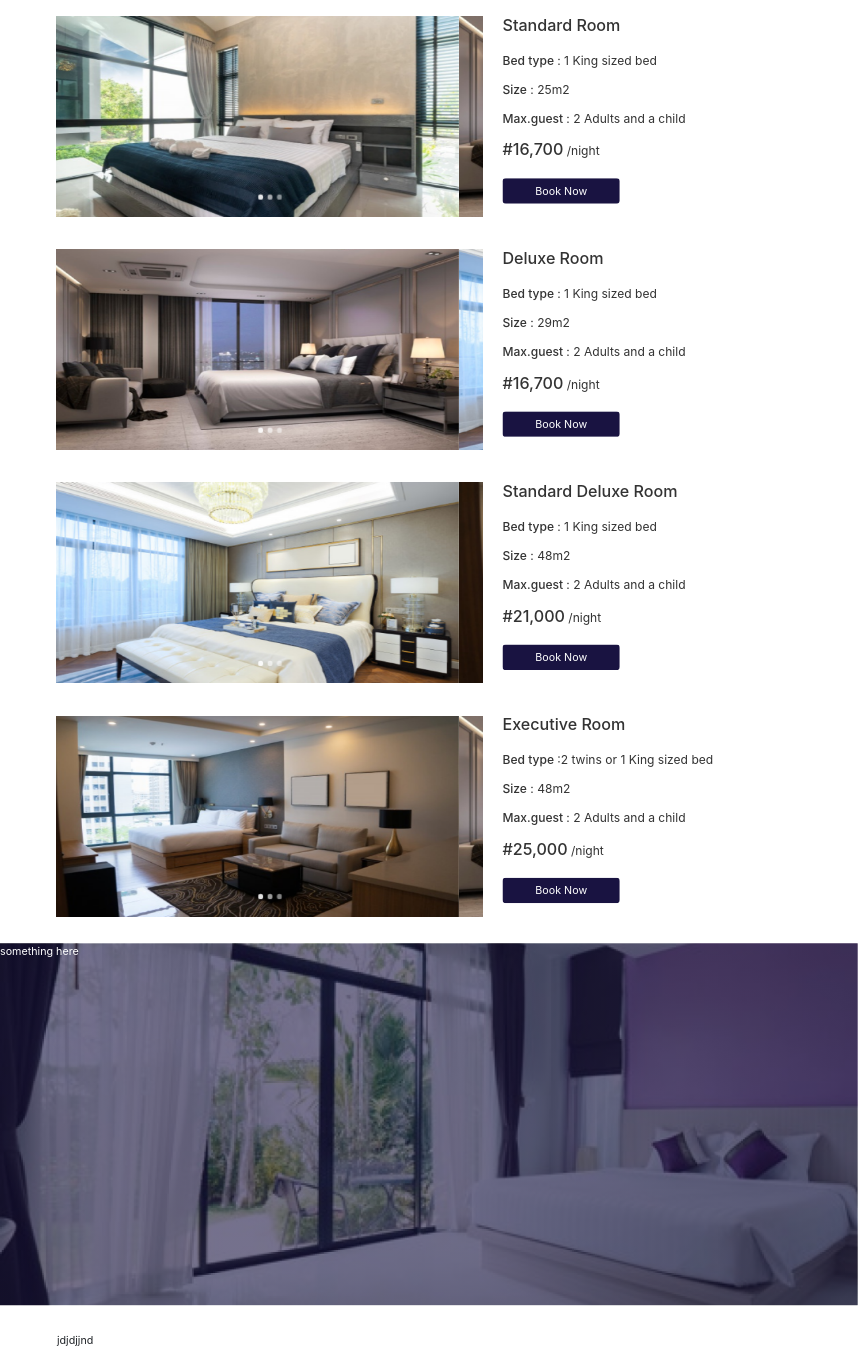
Repository: Syfon01/hotel-website
Page: room.html
The author's editor kept a copy of each file at every save. The page is drawn from the files as they stood at one save, then again after the next save.
The browser window is 1280 px wide. The pictures show the whole page, at 67% of full size.

Above is the page before, as saved 2020-06-08 19:18:32.

### room.html
<!doctype html>
<html lang="en">
  <head>
    <title>Title</title>
    <!-- Required meta tags -->
    <meta charset="utf-8">
    <meta name="viewport" content="width=device-width, initial-scale=1, shrink-to-fit=no">

    <!-- Bootstrap CSS -->
    <link rel="stylesheet" href="https://stackpath.bootstrapcdn.com/bootstrap/4.3.1/css/bootstrap.min.css" integrity="sha384-ggOyR0iXCbMQv3Xipma34MD+dH/1fQ784/j6cY/iJTQUOhcWr7x9JvoRxT2MZw1T" crossorigin="anonymous">
    <link rel="stylesheet" href="room.css">
  </head>
  <body>
    <!-- carousel section -->
    <section id="carousel-section">
      <div class="container">
        <div class="row py-4">
          <div class="col-md-7 col-lg-7 col-12 col-sm-12">
            <div id="carouselExampleIndicators" class="carousel slide" data-ride="carousel">
              <ol class="carousel-indicators">
                <li data-target="#carouselExampleIndicators" data-slide-to="0" class="active"></li>
                <li data-target="#carouselExampleIndicators" data-slide-to="1"></li>
                <li data-target="#carouselExampleIndicators" data-slide-to="2"></li>
              </ol>
              <div class="carousel-inner">
                <div class="carousel-item active">
                  <img src="./img/hotel1.png" class="d-block w-100 img-carousel img-fluid" alt="...">
                </div>
                <div class="carousel-item">
                  <img src="./img/hotel2.png" class="d-block w-100 img-carousel img-fluid" alt="...">
                </div>
                <div class="carousel-item">
                  <img src="./img/hotel3.png" class="d-block w-100 img-carousel img-fluid" alt="...">
                </div>
              </div>

            </div>
          </div>
          <div class="col-md-5 col-lg-5 col-12 col-sm-12">
            <h4 class="text-purple mb-4">Standard Room</h4>
            <p class="text-purple"><span class="p-font-weight">Bed type </span>: 1 King sized bed</p>
            <p class="text-purple"><span class="p-font-weight">Size</span> : 25m2</p>
            <p class="text-purple"><span class="p-font-weight">Max.guest </span>: 2 Adults and a child</p>
            <p class="text-purple mb-4"><span class="p-font-weight p-20">#16,700</span> /night</p>
            <button class="btn btn-purple px-5">Book Now</button>
          </div>
        </div>

        <div class="row py-4">
          <div class="col-md-7 col-lg-7 col-12 col-sm-12">
            <div id="carouselExampleIndicators" class="carousel slide" data-ride="carousel">
              <ol class="carousel-indicators">
                <li data-target="#carouselExampleIndicators" data-slide-to="0" class="active"></li>
                <li data-target="#carouselExampleIndicators" data-slide-to="1"></li>
                <li data-target="#carouselExampleIndicators" data-slide-to="2"></li>
              </ol>
              <div class="carousel-inner">
                <div class="carousel-item active">
                  <img src="./img/hotel2.png" class="d-block w-100 img-carousel img-fluid" alt="...">
                </div>
                <div class="carousel-item">
                  <img src="./img/hotel3.png" class="d-block w-100 img-carousel img-fluid" alt="...">
                </div>
                <div class="carousel-item">
                  <img src="./img/hotel4.png" class="d-block w-100 img-carousel img-fluid" alt="...">
                </div>
              </div>

            </div>
          </div>
          <div class="col-md-5 col-lg-5 col-12 col-sm-12">
            <h4 class="text-purple mb-4">Deluxe Room</h4>
            <p class="text-purple"><span class="p-font-weight">Bed type </span>: 1 King sized bed</p>
            <p class="text-purple"><span class="p-font-weight">Size</span> : 29m2</p>
            <p class="text-purple"><span class="p-font-weight">Max.guest </span>: 2 Adults and a child</p>
            <p class="text-purple mb-4"><span class="p-font-weight p-20">#16,700</span> /night</p>
            <button class="btn btn-purple px-5">Book Now</button>
          </div>
        </div>

        <div class="row py-4">
          <div class="col-md-7 col-lg-7 col-12 col-sm-12">
            <div id="carouselExampleIndicators" class="carousel slide" data-ride="carousel">
              <ol class="carousel-indicators">
                <li data-target="#carouselExampleIndicators" data-slide-to="0" class="active"></li>
                <li data-target="#carouselExampleIndicators" data-slide-to="1"></li>
                <li data-target="#carouselExampleIndicators" data-slide-to="2"></li>
              </ol>
              <div class="carousel-inner">
                <div class="carousel-item active">
                  <img src="./img/hotel3.png" class="d-block w-100 img-carousel h-50 img-fluid" alt="...">
                </div>
                <div class="carousel-item">
                  <img src="./img/hotel4.png" class="d-block w-100 img-carousel img-fluid" alt="...">
                </div>
                <div class="carousel-item">
                  <img src="./img/hotel1.png" class="d-block w-100 img-carousel img-fluid" alt="...">
                </div>
              </div>

            </div>
          </div>
          <div class="col-md-5 col-lg-5 col-12 col-sm-12">
            <h4 class="text-purple mb-4">Standard Deluxe Room</h4>
            <p class="text-purple"><span class="p-font-weight">Bed type </span>: 1 King sized bed</p>
            <p class="text-purple"><span class="p-font-weight">Size</span> : 48m2</p>
            <p class="text-purple"><span class="p-font-weight">Max.guest </span>: 2 Adults and a child</p>
            <p class="text-purple mb-4"><span class="p-font-weight p-20">#21,000</span> /night</p>
            <button class="btn btn-purple px-5">Book Now</button>
          </div>
        </div>

        <div class="row py-4">
          <div class="col-md-7 col-lg-7 col-12 col-sm-12">
            <div id="carouselExampleIndicators" class="carousel slide" data-ride="carousel">
              <ol class="carousel-indicators">
                <li data-target="#carouselExampleIndicators" data-slide-to="0" class="active"></li>
                <li data-target="#carouselExampleIndicators" data-slide-to="1"></li>
                <li data-target="#carouselExampleIndicators" data-slide-to="2"></li>
              </ol>
              <div class="carousel-inner">
                <div class="carousel-item active">
                  <img src="./img/hotel4.png" class="d-block w-100 img-carousel h-50 img-fluid" alt="...">
                </div>
                <div class="carousel-item">
                  <img src="./img/hotel2.png" class="d-block w-100 img-carousel img-fluid" alt="...">
                </div>
                <div class="carousel-item">
                  <img src="./img/hotel1.png" class="d-block w-100 img-carousel img-fluid" alt="...">
                </div>
              </div>

            </div>
          </div>
          <div class="col-md-5 col-lg-5 col-12 col-sm-12">
            <h4 class="text-purple mb-4">Executive Room</h4>
            <p class="text-purple"><span class="p-font-weight">Bed type </span>:2 twins or 1 King sized bed</p>
            <p class="text-purple"><span class="p-font-weight">Size</span> : 48m2</p>
            <p class="text-purple"><span class="p-font-weight">Max.guest </span>: 2 Adults and a child</p>
            <p class="text-purple mb-4"><span class="p-font-weight p-20">#25,000</span> /night</p>
            <button class="btn btn-purple px-5">Book Now</button>
          </div>
        </div>
      </div>
    </section>

    <!-- explore section  -->
    <div class="explore py-3">
      <div class='hero'>something here</div>
</div>

<div class="container my-4">
  jdjdjjnd
</div>

    <!-- Optional JavaScript -->
    <!-- jQuery first, then Popper.js, then Bootstrap JS -->
    <script src="https://code.jquery.com/jquery-3.3.1.slim.min.js" integrity="sha384-q8i/X+965DzO0rT7abK41JStQIAqVgRVzpbzo5smXKp4YfRvH+8abtTE1Pi6jizo" crossorigin="anonymous"></script>
    <script src="https://cdnjs.cloudflare.com/ajax/libs/popper.js/1.14.7/umd/popper.min.js" integrity="sha384-UO2eT0CpHqdSJQ6hJty5KVphtPhzWj9WO1clHTMGa3JDZwrnQq4sF86dIHNDz0W1" crossorigin="anonymous"></script>
    <script src="https://stackpath.bootstrapcdn.com/bootstrap/4.3.1/js/bootstrap.min.js" integrity="sha384-JjSmVgyd0p3pXB1rRibZUAYoIIy6OrQ6VrjIEaFf/nJGzIxFDsf4x0xIM+B07jRM" crossorigin="anonymous"></script>
  </body>
</html>

### room.css
.text-purple{
 color: #333333
}
.p-font-weight{
  font-weight: 500;
}
.p-20{
  font-size: 24px;
}
p{
  font-size: 18px;;
}
.btn-purple{
  background-color: #191341;
  color: #fff;
  border-radius: 5px;
}
.img-carousel{
  height: 300px!important;
}
.carousel-indicators li{
  border-radius: 100%;
  width: 8px;
  height: 8px;
}

.hero{
   background-image: linear-gradient(to bottom, rgba(25, 19, 65, 0.6), rgba(25, 19, 65, 0.6)),
   url('/img/explore.png');
   width: 100%;
   height: 75vh;
   background-size: cover;
   color: white;
  ;
}

After the next save:
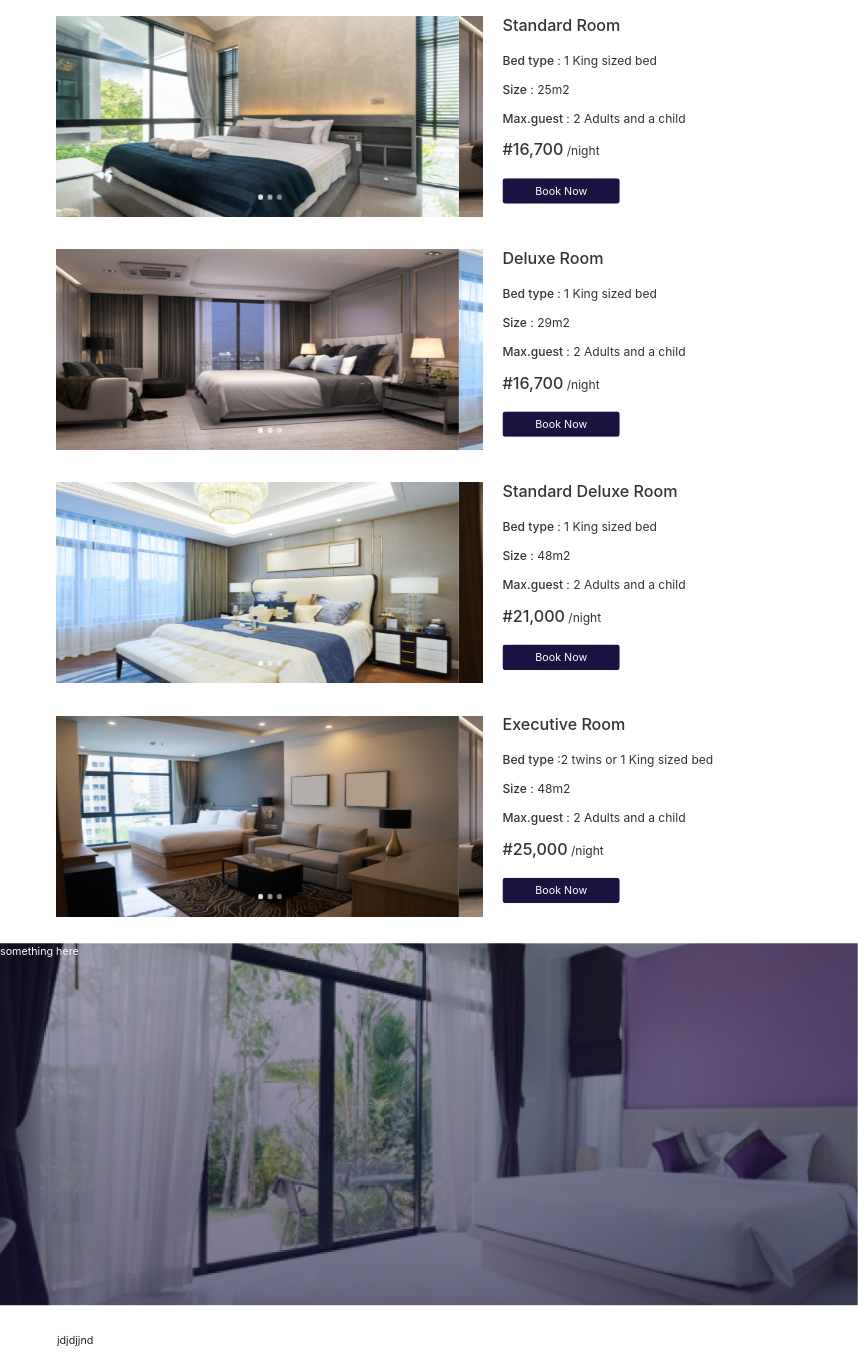
Saved 4 s later.
--- a/room.css
+++ b/room.css
@@ -25,7 +25,7 @@ p{
 }
 
 .hero{
-   background-image: linear-gradient(to bottom, rgba(25, 19, 65, 0.6), rgba(25, 19, 65, 0.6)),
+   background-image: linear-gradient(to bottom, rgba(25, 19, 65, 0.4), rgba(25, 19, 65, 0.6)),
    url('/img/explore.png');
    width: 100%;
    height: 75vh;
